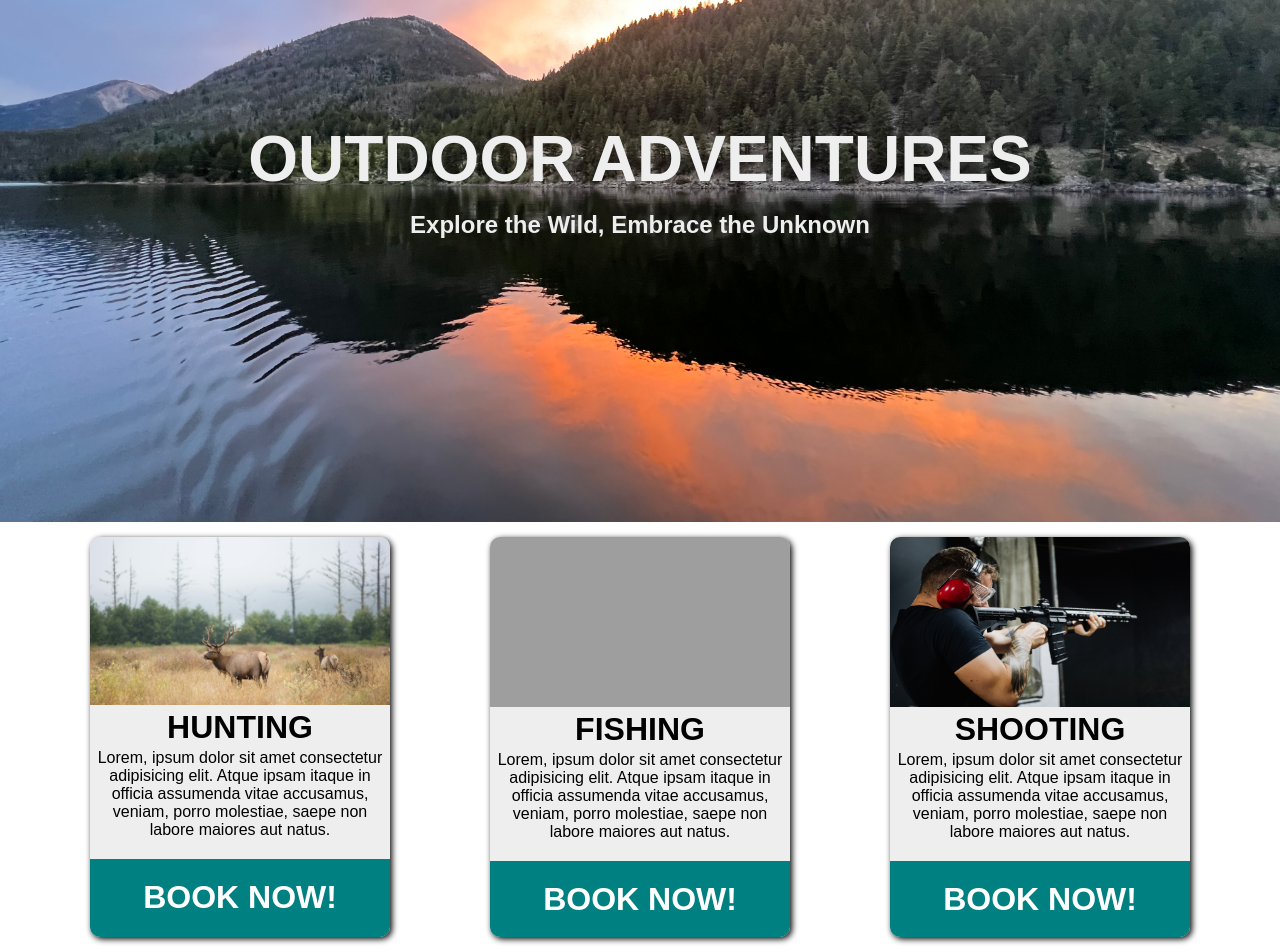
Repository: iforgotmylogin/WebDesignFinal
Page: index.html
These files come from the project's save history. The page is drawn as it stood at one moment and after the next save; the edit follows.
The browser window is 1280 px wide. The pictures show the part of the page from y = 290 to 1242 px (the page is 1242 px tall).
Pictures or frames that could not be fetched are drawn as grey boxes. A picture or video elsewhere on the page could not be fetched, so the positions and the page height are approximate.

Above is the page before, as saved 2024-04-07 18:57:01.

### index.html
<!DOCTYPE html>
<html lang="en">
<head>
    <link rel="stylesheet" href="css/global.css">
    <link rel="stylesheet" href="css/navbar.css">
    <link rel="stylesheet" href="css/dropdown.css">
    <link rel="stylesheet" href="https://cdn.jsdelivr.net/npm/aos@2.3.4/dist/aos.css">
    <link rel="stylesheet" href="css/homepage.css">
    <meta http-equiv="X-UA-Compatible" content ="IE=edge">
    <meta charset="UTF-8">
    <meta name="viewport" content="width=device-width, initial-scale=1.0">
    <title>Outdoor Adventures</title>
</head>
<body>
    <header>
        <a href="#"><img src="images/outdoor-adventure-logo-color.png" alt="Logo" class="logo"></a>
       <nav>
        <ul>
            <li>
                <a href="#">About</a>
            </li>
            <li class="dropdown">
                <a href="html/Booking.html">Booking</a>
                <div class="dropdown-content">
                    <a href="#">Hunting</a>
                    <a href="#">Fishing</a>
                    <a href="#">Shooting</a>
                    <a href="#">ATV Rental</a>
                </div>
            </li>
            <li>
                <a href="html/Reviews.html">Reviews</a>
            </li>
            <li>
                <a href="#">Careers</a>
            </li>
            <li>
                <a href="#">Contact</a>
            </li>
        </ul>
    </nav>



    </header>
    <main class="hero_image">
        <h1>Outdoor Adventures</h1>
        <h2>Explore the Wild, Embrace the Unknown</h2>
    </main>

    <div class="container">
        <a  href="#" data-aos="fade-up" class="box hunting">
            <img src="images/HuntingBackdrop.jpg" alt="Image of an Elk">
            <h1>Hunting</h1>
            <p>Lorem, ipsum dolor sit amet consectetur adipisicing elit. Atque ipsam itaque in officia assumenda vitae accusamus, veniam, porro molestiae, saepe non labore maiores aut natus.</p>
            <div class="home-booking-button">
                <h1>Book Now!</h1>
            </div>
        </a>

        <a href="#" data-aos="fade-up" class="box Fishing">
            <img src="images/FishingBackdrop.jpg" alt="Image of an Elk">
            <h1>Fishing</h1>
            <p>Lorem, ipsum dolor sit amet consectetur adipisicing elit. Atque ipsam itaque in officia assumenda vitae accusamus, veniam, porro molestiae, saepe non labore maiores aut natus.</p>
            <div class="home-booking-button">
                <h1>Book Now!</h1>
            </div>
        </a>

        <a href="#" data-aos="fade-up" class="box Shooting">
            <img src="images/ShootingBackdrop.jpg" alt="Image of an Elk">
            <h1>Shooting</h1>
            <p>Lorem, ipsum dolor sit amet consectetur adipisicing elit. Atque ipsam itaque in officia assumenda vitae accusamus, veniam, porro molestiae, saepe non labore maiores aut natus.</p>
            <div class="home-booking-button">
                <h1>Book Now!</h1>
            </div>
        </a>
    </div>



    <!-- Use <div data-aos="fade-up"><div> for really cool animations that use this java script!! -->
    <script src="https://cdn.jsdelivr.net/npm/aos@2.3.4/dist/aos.js"></script>
    <script>
      AOS.init();
    </script>
</body>
</html>

### css/global.css
*{
    font-family: Arial, Helvetica, sans-serif;
}
.hero_image{
    position: absolute;
    z-index: 1;
    margin: 0 auto;
    justify-content: center;
    top: 0px;
    padding: 50px;
    height: 600px;
    position: relative;
    background-image: url("../images/IMG_0679.jpeg");
    background-size: cover;
    background-position: center;
}

.hero_image h1{
    font-size: 400%;
    color: #eee;
    text-transform: uppercase;
    text-align: center;
    margin: 250px 0 auto;
}

.hero_image h2{
    margin: 15px 0 auto;
    text-align: uppercase;
    text-align: center;
    color:#eee;
}

h1.global{
    text-align: center;
}

#usrReview_1{
    outline: 2px solid red; /*This is for "debugging" where the div is and how it's behaving*/

    padding: 30px;
}

#userPfp{
    float: left;
    max-width: 90%;
    width: 200px;
    margin-right: 10px; /* adds some spacing between the image and the text*/

}

### css/navbar.css
body{
    margin:0px;
}


header{
    display: flex;
    justify-content: space-between;
    background-color: #eee;
    border-bottom: 5px white;
    box-shadow: 0 0 5px rgba(0,0,0,.2);
}

header .logo{
    height: 100px;
    padding:4px;
}

header nav{
    display: flex;
    align-items: center;
}
header nav ul{
    margin: 0px;
    padding: 0px;
    text-align: right;
    display: flex;
    width: 100%;
    justify-content: end;
}
header nav ul li{
    list-style-type: none;
}

header nav ul li a{
  text-decoration: none;
  color: #666;
  font-weight: bold;
  font-size:15px;
  text-transform:uppercase;
  font-family:Helvetica, sans-serif;
  padding:49px 30px;
  transition: all .3s linear;
}
header nav ul li a:hover{
    background-color:teal;
    color:white;
}

header nav ul li a.active{
    background-color: burlywood;
}

### css/dropdown.css
.dropbtn {
    background-color: #eee;
    color: white;
    padding: 16px;
    font-size: 16px;
    border: none;
  }

  .dropdown {
    align-items: center;
    display: inline-block;
  }

  .dropdown-content {
    display: none;
    position:absolute;
    background-color: #eee;
    min-width: 136px;
    box-shadow: 0px 8px 16px 0px rgba(0,0,0,0.2);
    z-index: 1;
    top: 14%;
    z-index: 2; /* Makes the dropdown menu appear over the hero image */
  }

  /* Links inside the dropdown */
  .dropdown-content a {
    color: black;
    padding: 12px 16px;
    text-decoration: none;
    text-align: center;
    display: block;
  }

  .dropdown-content a:hover {background-color: teal;}

  .dropdown:hover .dropdown-content {display: block;}

  .dropdown:hover .dropbtn {background-color: teal;}

### css/homepage.css
*{
    margin:0;
    padding:0;
}
.container{
    position:relative;
    width: 100%;
    height: auto;
    display: flex;
    flex-direction: row;
    justify-content: center;
}
.box{
    position: relative;
    width: 300px;
    height: 400px;
    background:#eee;
    text-align: center;
    margin: 15px;
    box-sizing: border-box;
    overflow: hidden;
    margin-left: 50px;
    margin-right: 50px;
    border-radius: 10px;
}
.container a{
    text-decoration: none;
    color:black;
    box-shadow: 2px 2px 6px black;
}
.box:hover{

}
.box img{
    width: 100%;
}
.box h1{
    padding-bottom: 3px;
    text-transform: uppercase;
}
.box p{
    padding-bottom: 20px;
}
.home-booking-button{
    padding-top: 15px;
    padding-bottom: 20px;
    background-color: teal;
}
.home-booking-button h1{
    padding-top:5px;
    color:white;
}
.Fishing img{
    height: 170px;
}
.Shooting img{
    height: 170px
}

After the next save:
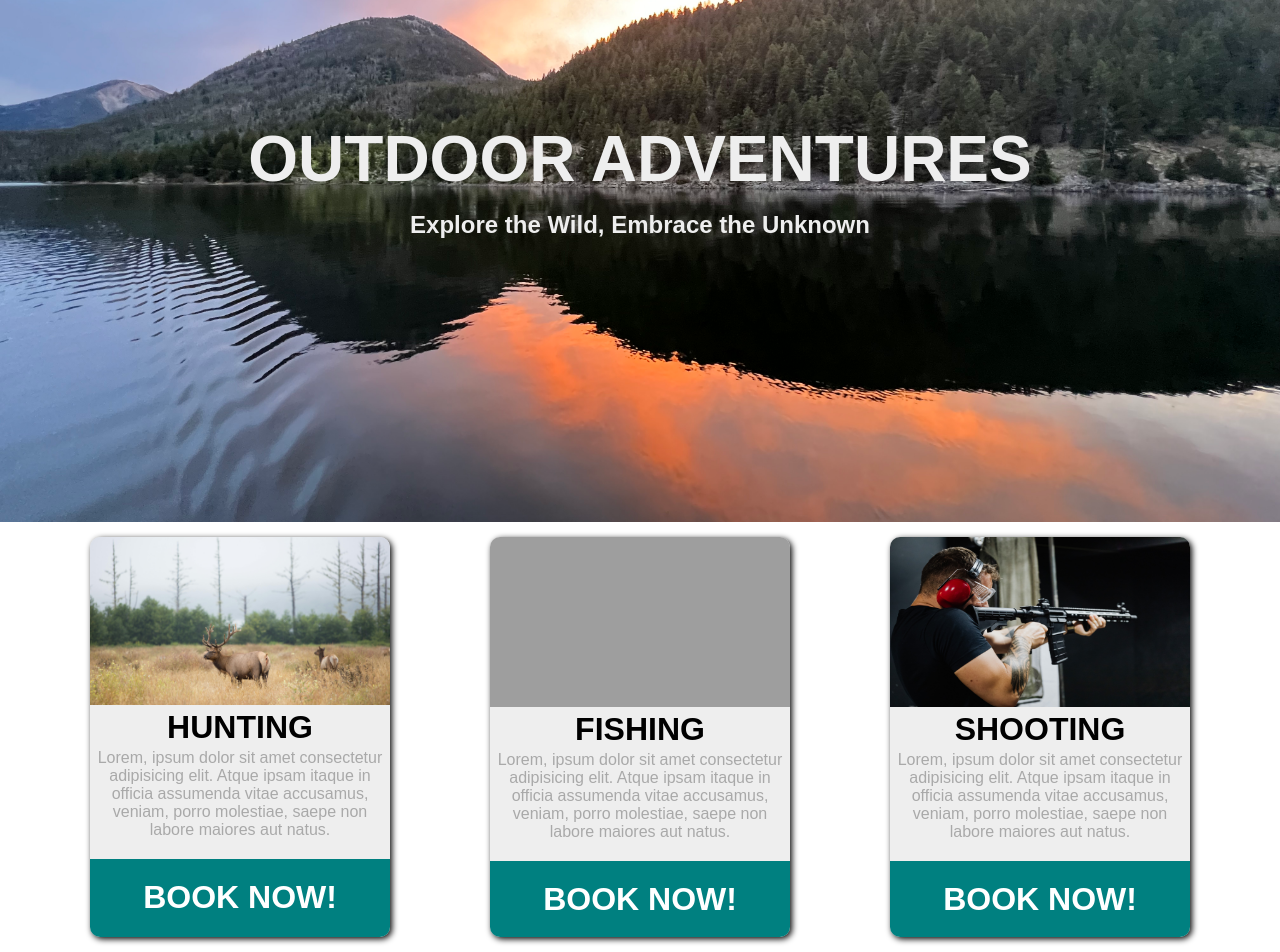
Saved 41 s later.
--- a/css/homepage.css
+++ b/css/homepage.css
@@ -40,6 +40,7 @@
 }
 .box p{
     padding-bottom: 20px;
+    color: #A9A9A9;
 }
 .home-booking-button{
     padding-top: 15px;
